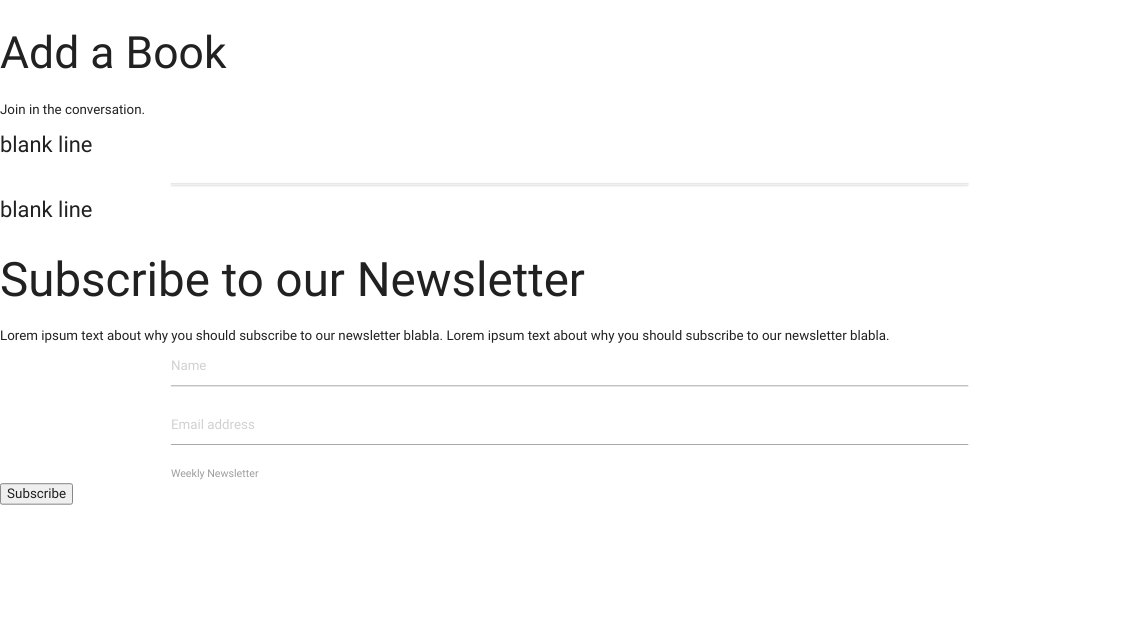
Repository: elizabeth24602/paper-to-screen
Page: http://localhost/
The author's editor kept a record of every edit. The page is drawn from the files as they stood at one moment, then again after the next edit.
The browser window is 1280 px wide. The pictures show the whole page, at 89% of full size.
Some web libraries are served in a nearby version. The page is served by the project's application, run on Flask 3 (app.py). Queries for data that is not in the repository find no rows.

Above is the page before.

After the next edit:
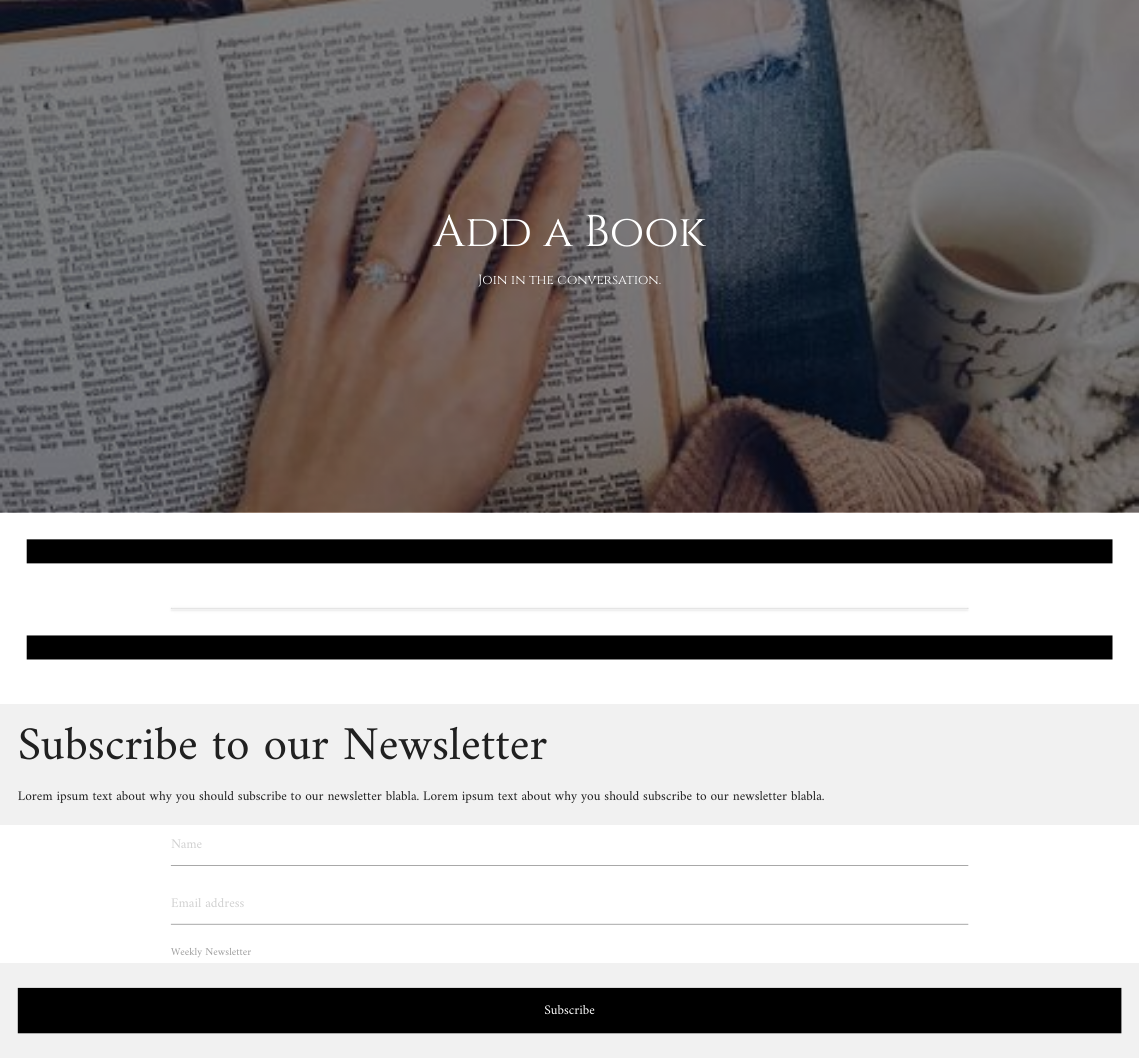
The edit:
--- a/templates/base.html
+++ b/templates/base.html
@@ -4,6 +4,7 @@
 <head>
     <link href="https://fonts.googleapis.com/icon?family=Material+Icons" rel="stylesheet">
     <link rel="stylesheet" href="https://cdnjs.cloudflare.com/ajax/libs/materialize/0.100.2/css/materialize.min.css">
+    <link rel="stylesheet" href="{{url_for('static', filename='css/style.css')}}" type="text/css"/>
 </head>
 
 <body>
